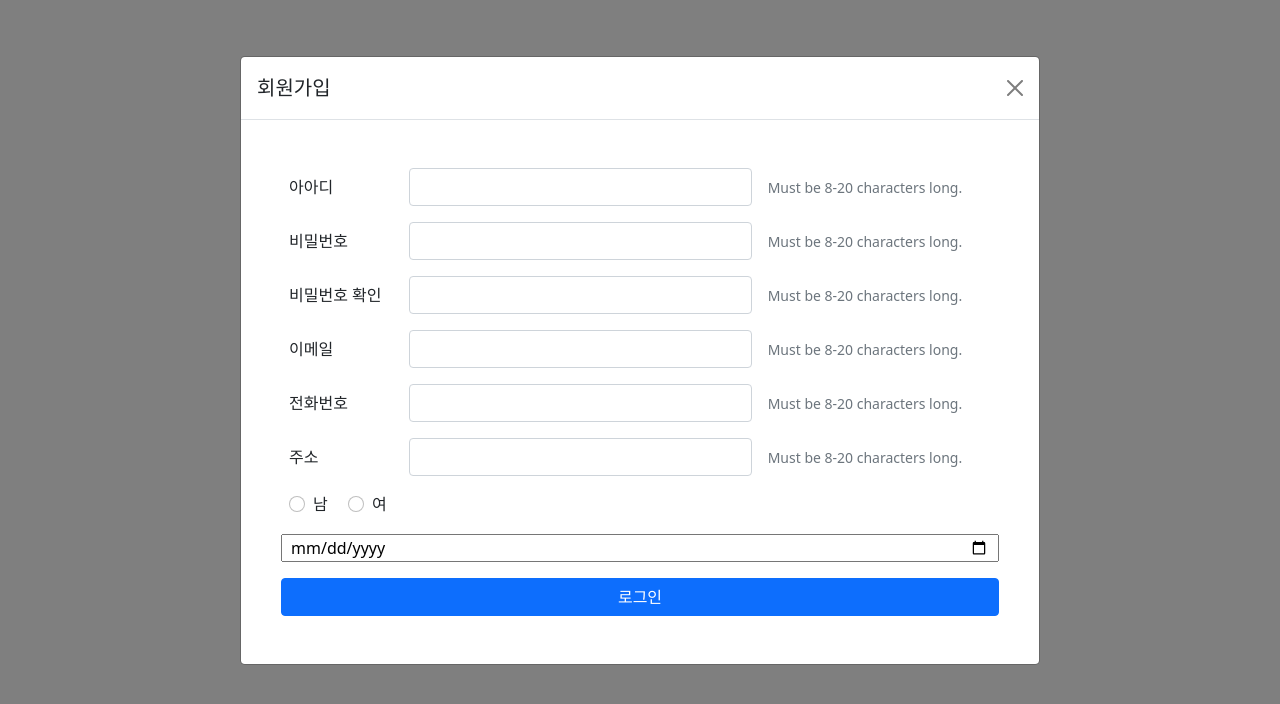
Repository: hyunha95/selfStudy
Page: http://localhost/spring-board/WEB-INF/views/member/enroll.jsp
These files come from the project's save history. The page is drawn as it stood at one moment and after the next save; the edit follows.
The browser window is 1280 px wide. The pictures show the whole page.
The page is served by Tomcat 9. Nobody is signed in. The template is opened directly, without the code that normally fills it, so the values that code supplies are empty.

Above is the page before, as saved 2022-01-15 08:43:08.

After the next save:
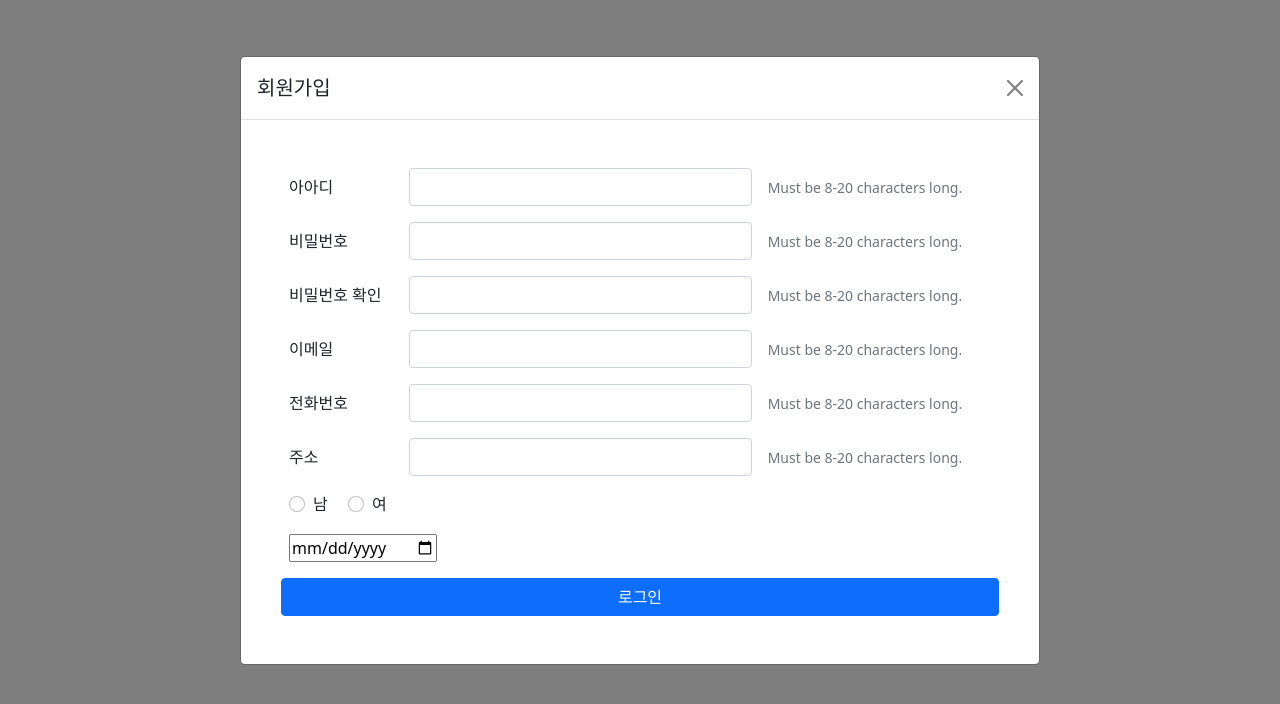
Saved 21 s later.
--- a/spring_workspace/spring-board/src/main/webapp/WEB-INF/views/member/enroll.jsp
+++ b/spring_workspace/spring-board/src/main/webapp/WEB-INF/views/member/enroll.jsp
@@ -125,7 +125,9 @@ $(() => {
 					  </div>
 				  </span>
 				  <!-- 생일 -->
+				  <span>
 			      <input type="date" name="birthday" id="birthday" />
+				  </span>
 				<!-- submit 버튼 -->
 			    <button type="submit" class="btn btn-primary mt-3">로그인</button>
 	      	</div>
